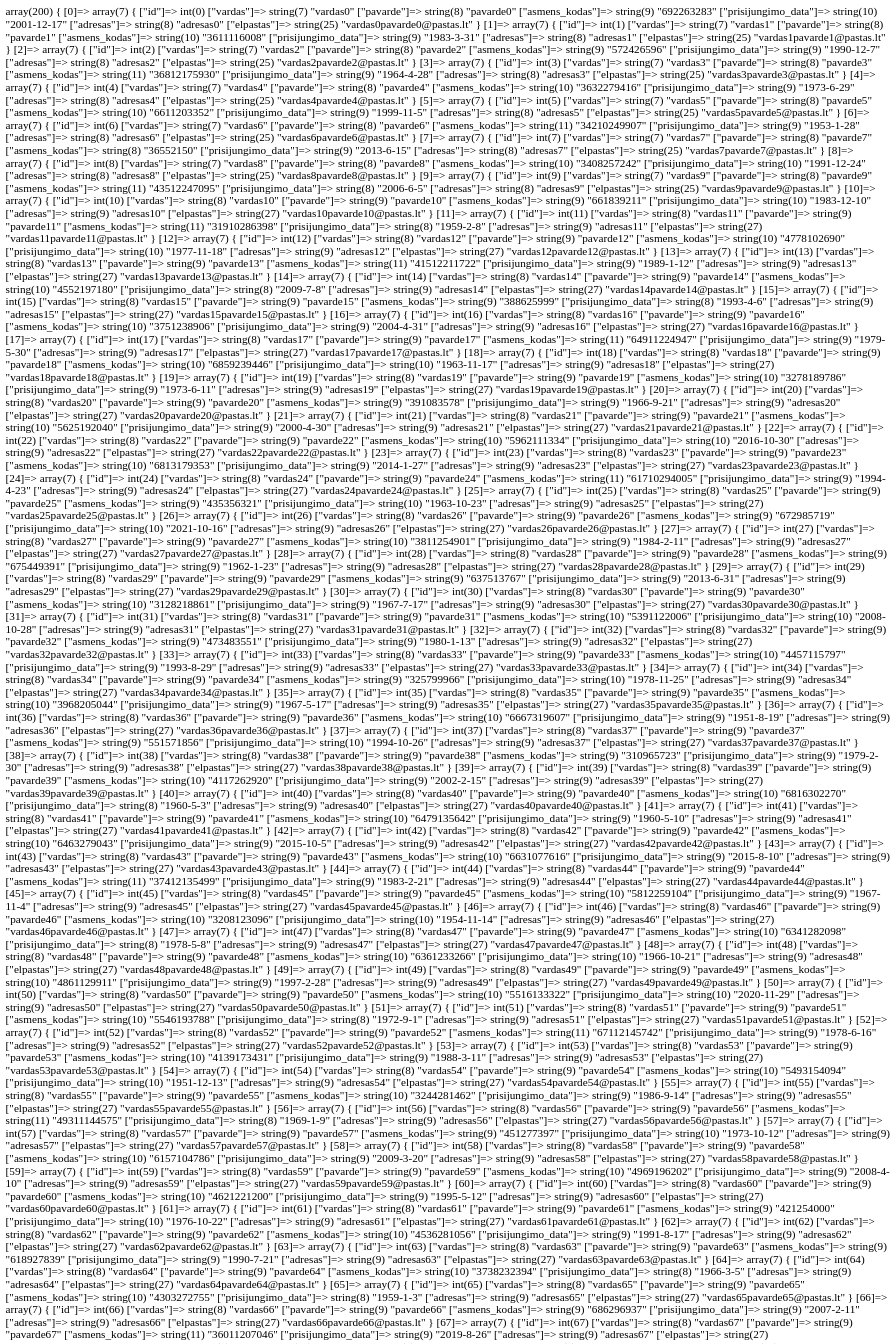
Repository: motiejus1/09-paskaita-PHP-05.31
Page: http://localhost/
The author's editor kept a copy of each file at every save. The page is drawn from the files as they stood at one save, then again after a run of saves.
The browser window is 1280 px wide. The pictures show the part of the page from y = 0 to 1920 px (the page is 5740 px tall before and 720 px after), at 70% of full size.
The page is run by PHP 8.4 with error messages shown; the project is at /var/www/html/.

Above is the page before, as saved 2021-08-02 18:38:02.

After the next 3 saves:
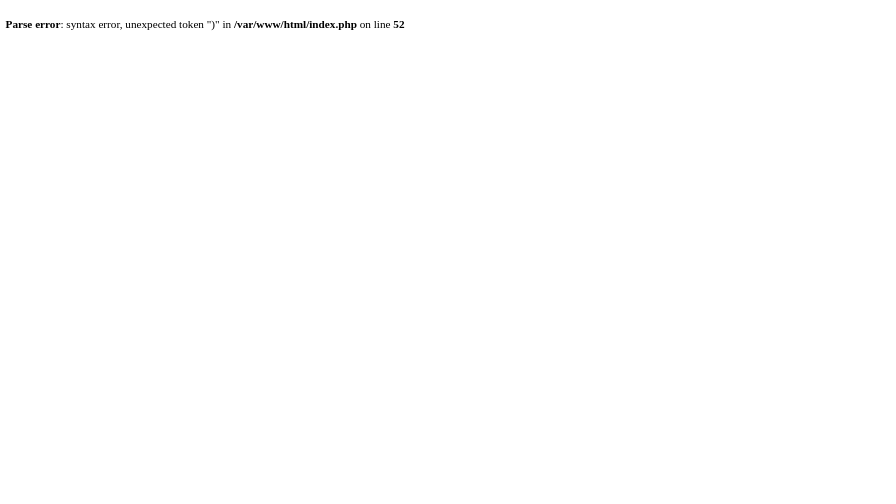
The 3 saves are shown as one change because they came seconds apart.
The last was saved 28 s later.
--- a/index.php
+++ b/index.php
@@ -49,7 +49,7 @@
 
 echo "<table>";
 //Ka daryti toliau? Ciklas
-
+foreach()
 
 echo "</table>";
 

After the save that followed:
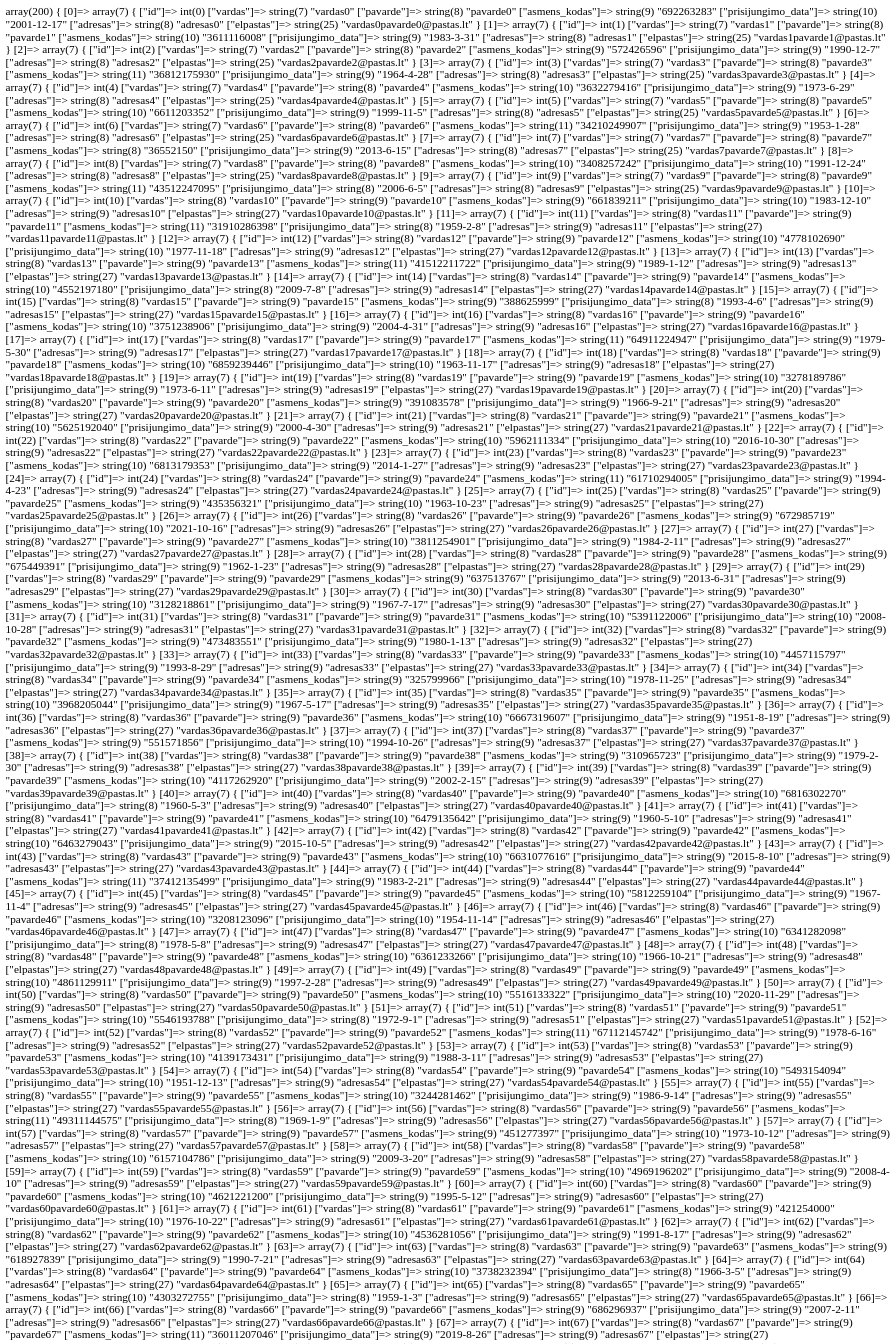
Saved 9 s later.
--- a/index.php
+++ b/index.php
@@ -49,7 +49,9 @@
 
 echo "<table>";
 //Ka daryti toliau? Ciklas
-foreach()
+foreach($klientai as $elementas) {
+
+}
 
 echo "</table>";
 
